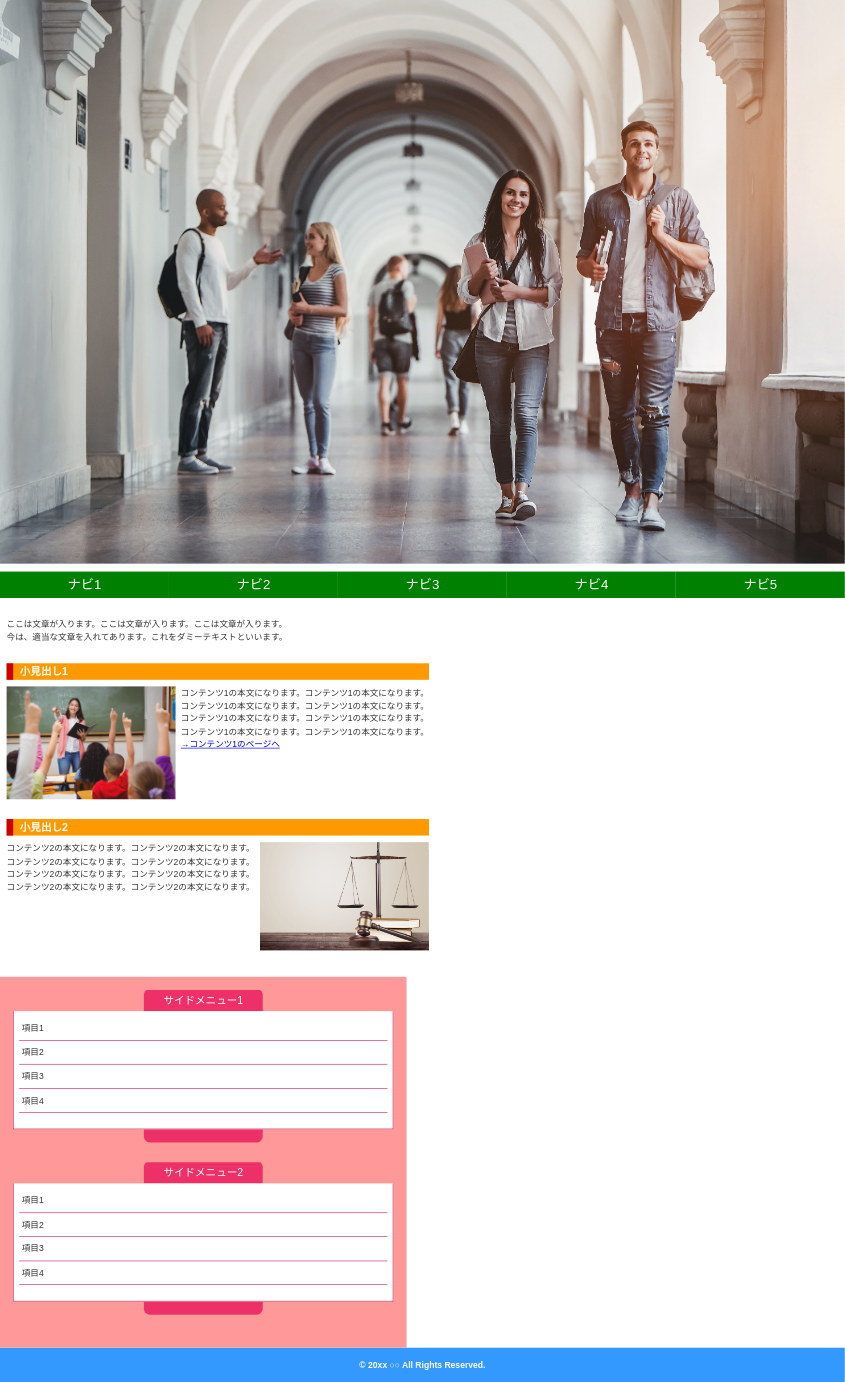
Repository: Yuuki-JP/samurai_HTML-CSS
Page: home.html
The author's editor kept a record of every edit. The page is drawn from the files as they stood at one moment, then again after the next edit.
The browser window is 1280 px wide. The pictures show the whole page, at 66% of full size.

Above is the page before.

### home.html
<!DOCTYPE html>
<html lang="ja">
    <head>
        <meta charset="UTF-8">
        <title>HTML/CSSの学習</title>
        <link rel="stylesheet" href="stylesheet.css">
    </head>
    <body>
        <div id="header">
            <h1><a href="index.html"><img id="corridor" src="images/corridor.jpg" alt="大学の廊下" /></a></h1>
        </div>
        <div id="wrapper">
            <div id="nav">
                <ul>
                    <li><a href="home.html">ナビ1</a></li>
                    <li><a href="#">ナビ2</a></li>
                    <li><a href="#">ナビ3</a></li>
                    <li><a href="#">ナビ4</a></li>
                    <li><a href="#">ナビ5</a></li>
                </ul>
            </div>
            <div id="container">
                <div id="main">
                    <div class="post">
                        <p>ここは文章が入ります。ここは文章が入ります。ここは文章が入ります。<br />今は、適当な文章を入れてあります。これをダミーテキストといいます。</p>
                    </div>
                    <div class="post clearfix">
                        <h2>小見出し1</h2>
                        <img class="left" src="images/classroom.jpg" alt="授業風景" />
                        <p>
                            コンテンツ1の本文になります。コンテンツ1の本文になります。コンテンツ1の本文になります。コンテンツ1の本文になります。
                            コンテンツ1の本文になります。コンテンツ1の本文になります。コンテンツ1の本文になります。コンテンツ1の本文になります。
                        </p>
                        <p><a href="#">→コンテンツ1のページへ</a></p>
                    </div>
                    <div class="post clearfix">
                        <h2>小見出し2</h2>
                        <img class="right" src="images/scale.jpg" alt="天秤" />
                        <p>
                            コンテンツ2の本文になります。コンテンツ2の本文になります。コンテンツ2の本文になります。コンテンツ2の本文になります。
                            コンテンツ2の本文になります。コンテンツ2の本文になります。コンテンツ2の本文になります。コンテンツ2の本文になります。
                        </p>
                    </div>
                </div>
                <div id="side">
                    <div class="box">
                        <h2>サイドメニュー1</h2>
                        <div class="boxBody">
                            <ul>
                                <li>項目1</li>
                                <li>項目2</li>
                                <li>項目3</li>
                                <li>項目4</li>
                            </ul>
                        </div>
                    </div>
                    <div class="box">
                        <h2>サイドメニュー2</h2>
                        <div class="boxBody">
                            <ul>
                                <li>項目1</li>
                                <li>項目2</li>
                                <li>項目3</li>
                                <li>項目4</li>
                            </ul>
                        </div>
                    </div>
                </div>
            <!-- </div> -->
        </div>
        <div id="footer">
            <p>&copy; 20xx ○○ All Rights Reserved.</p>
        </div>
    </body>
</html>

### stylesheet.css
@charset "utf-8";

body {
	margin: 0;
	padding: 0;
	font-family: "ヒラギノ角ゴ Pro W3", "Hiragino Kaku Gothic Pro", "メイリオ", Meiryo, Osaka, "ＭＳ Ｐゴシック", "MS PGothic", sans-serif;
	color: #333;
	font-size: 13px;
	line-height: 150%;
}

/* -------------------- wrapper -------------------- */
#wrapper {
    width: 100%;
    margin: auto;
    padding: 0px;
    border: 0px;
    background-color: #FFF;
    top: 10px;
    position: relative;
}

/* -------------------- header -------------------- */
#header {
	width: 100%;
}
#header h1 {
	margin: 0;
	padding: 0;
}

#corridor {
	width: 100%;
	height: auto;
}

/* -------------------- footer -------------------- */
#footer {
	clear: both;
	width: 100%;
	padding: 3px 0 3px 0;
	background: #39F;
	color: #FFF;
	font-weight: bold;
	text-align: center;
}

 /* -------------------- nav -------------------- */
 #nav {
	 width: 100%;
 }
 #nav ul {
  display: flex;
	 margin: 0;
	 padding: 0;
     list-style-type: none;
 }
 #nav ul li {

	 width: 20%;
	 text-align: center;
 }
 #nav ul li a {
	 display: block;
	 height: 20px;
	 margin: 0;
	 padding: 10px;
	 color: #FFF;
	 font-size: 20px;
	 text-decoration: none;
	 background-color: green;
 }

 #nav ul li a:hover {
  filter: drop-shadow(10px 10px 10px black);
 }

 /*----------------- container -------------------*/
 #container {
 	width: 100%;
 	margin: auto;
 	padding: auto;
 	padding-top: 20px;
 	clear: both;
 	display: grid;
 	grid-temprate-columns: 70vw 30vw;
 }

 /* -------------------- main -------------------- */
 #main {

 	width: 50%;
 	padding: 10px 30px 10px 10px;
 }

 #main h2 {
 	margin: 0 0 10px 0;
 	padding: 3px 10px 3px 10px;
 	color: #FFF;
 	font-size: 16px;
 	border-left: solid 10px #C00;
 	background: #F90; url(../images/main_h2.jpg) right top repeat-y;

 }
  #main p {
	 margin: 0;
	 padding: 0;
 }
 #main .post {
	 margin: 0 0 30px 0;
 }

 #main .post img.right {
	 margin: 0 0 0 8px;
 }
 #main .post img.left {
	 margin: 0 8px 0 0;
 }

 .right {
	 float: right;
	 width: 40%;
	 height: auto;
 }
 .left {
	 float: left;
	 width: 40%;
	 height: auto;
 }

 /* -------------------- clearfix -------------------- */
 .clearfix {
	 zoom: 1;
 }
 .clearfix:after{
	 content: "";
	 display: block;
	 clear: both;
 }


 /* -------------------- side -------------------- */
 #side {

 	 width: 45%;
 	 padding: 20px;
 	 background-color: #F99;
  }
 #side .box {
 	 margin: 0 auto 30px auto;
 	 padding: 0 0 20px 0;
 	 background: url(images/side_box.png) bottom no-repeat;
 }
 #side .box h2 {
 	 margin: 0;
 	 padding: 8px;
 	 text-align: center;
 	 color: #fff;
 	 font-size: 16px;
	 line-height: 16px;
 	 font-weight: normal;
 	 background: url(images/side_box_h2.png) center no-repeat;
 }
 #side .box .boxBody {
 	 padding: 8px;
 	 border-right: solid 1px #C36;
 	 border-bottom: solid 1px #C36;
 	 border-left: solid 1px #C36;
 	 background: #fff;
 }
 #side .box .boxBody ul {
 	 margin: 0 0 16px 0;
 	 padding: 0;
 }
 #side .box .boxBody ul li {
 	 padding: 8px 0 8px 4px;
 	 list-style: none;
 	 border-bottom: solid 1px #C36;
 }

 #side .box .boxBody ul li:hover {
  padding: 8px 0px 8px 4px;
  list-style: none;
  border-bottom: solid 1px #C36;
  box-shadow: 0px 4px 4px rgba(0, 0, 0, 0.3);
 }

After the next edit:
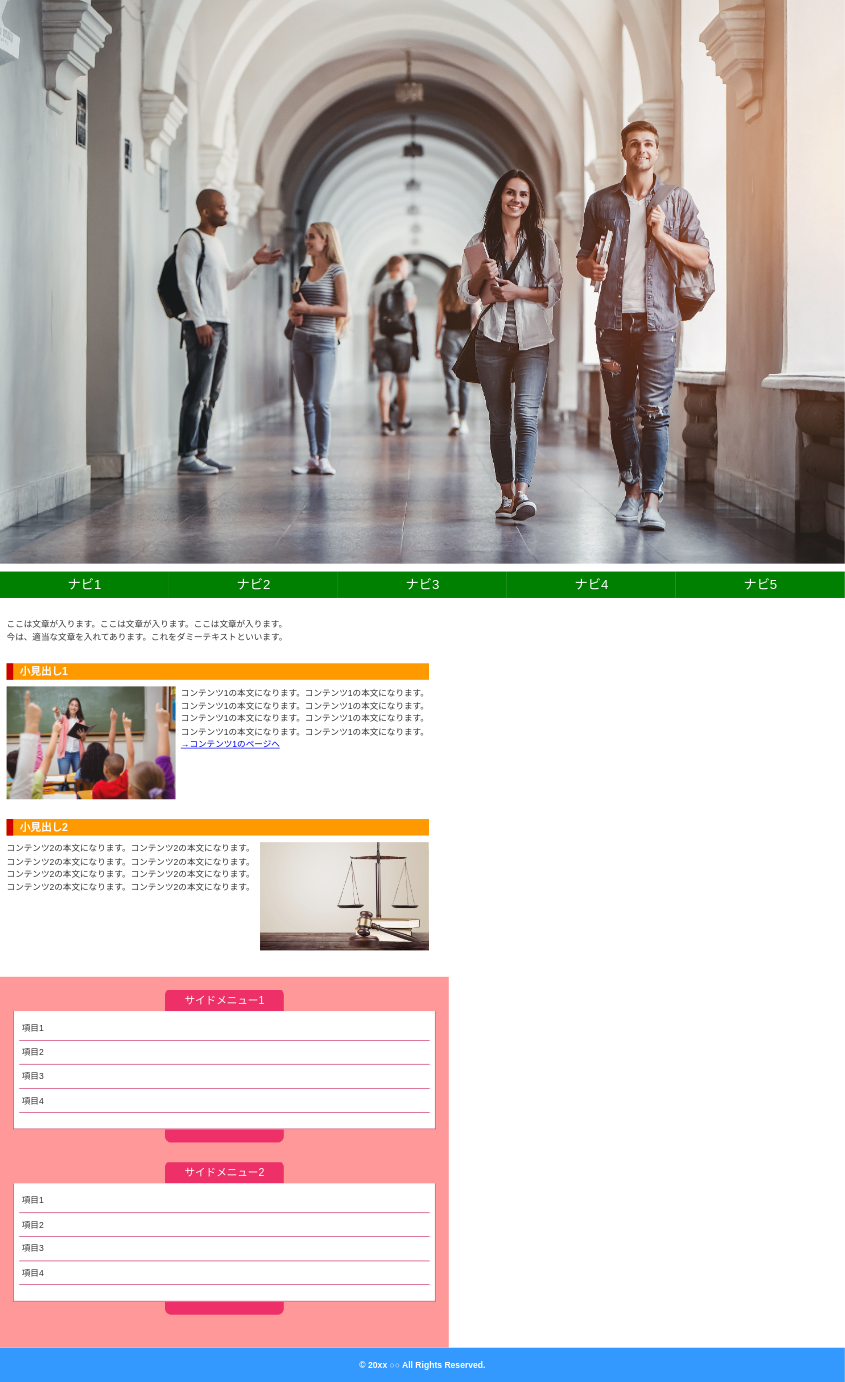
The edit:
--- a/stylesheet.css
+++ b/stylesheet.css
@@ -142,7 +142,7 @@
  /* -------------------- side -------------------- */
  #side {
 
- 	 width: 45%;
+ 	 width: 50%;
  	 padding: 20px;
  	 background-color: #F99;
   }
